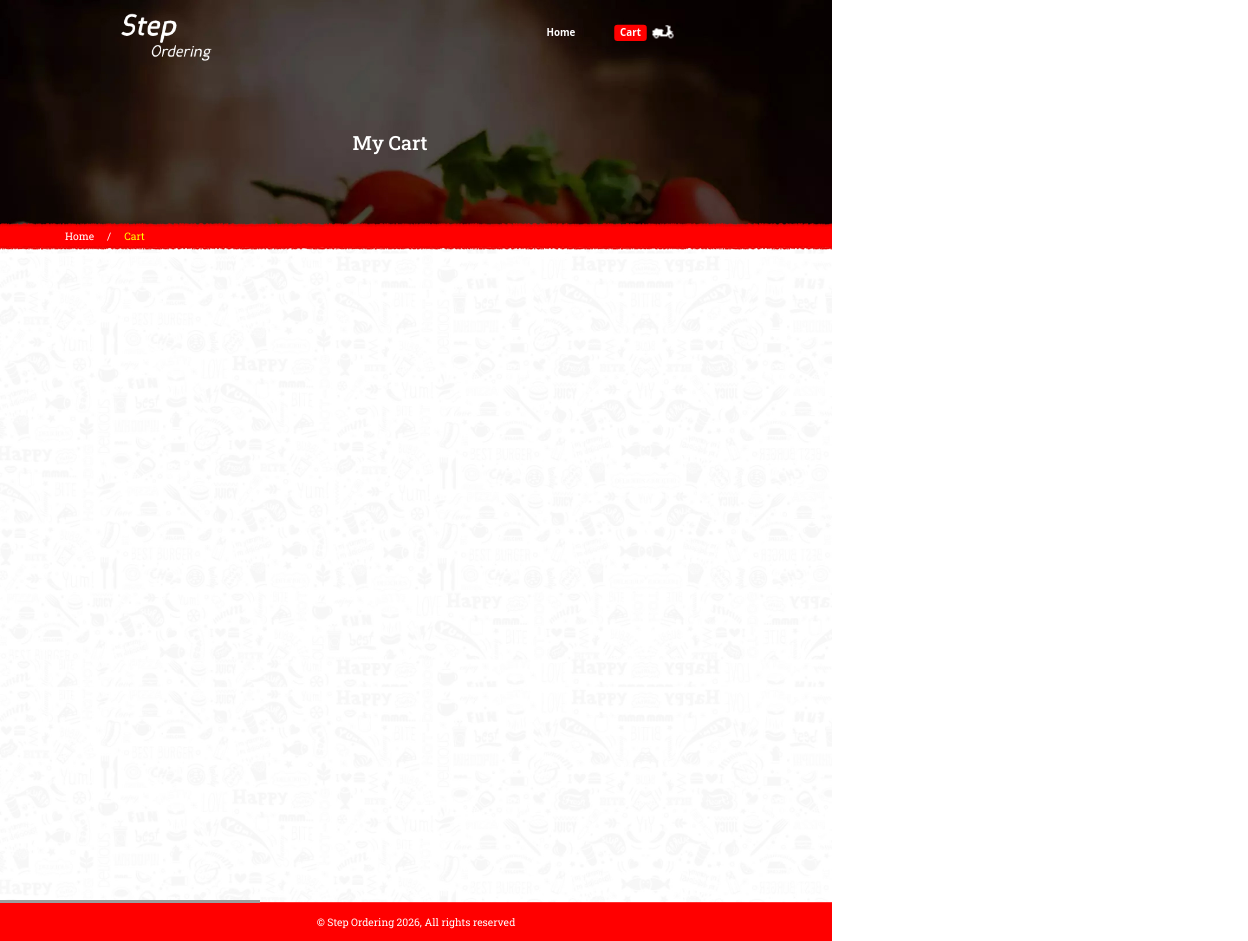
Repository: anastasia29-step/OnlineRestaurant
Page: cart/cart.html
An editor plug-in stored every save of this project. The page is shown before and after the next save, followed by the edit.
The browser window is 1280 px wide. The page is 1280 px wide, then 1920 px, then 1280 px, so the pictures cover 1920 px, including what lies to the right of the window. The pictures show the whole page, at 65% of full size.
Pictures or frames that could not be fetched are drawn as grey boxes. Some web libraries are served in a nearby version.

Above is the page before, as saved 2026-03-12 00:09:28.

After the next save:
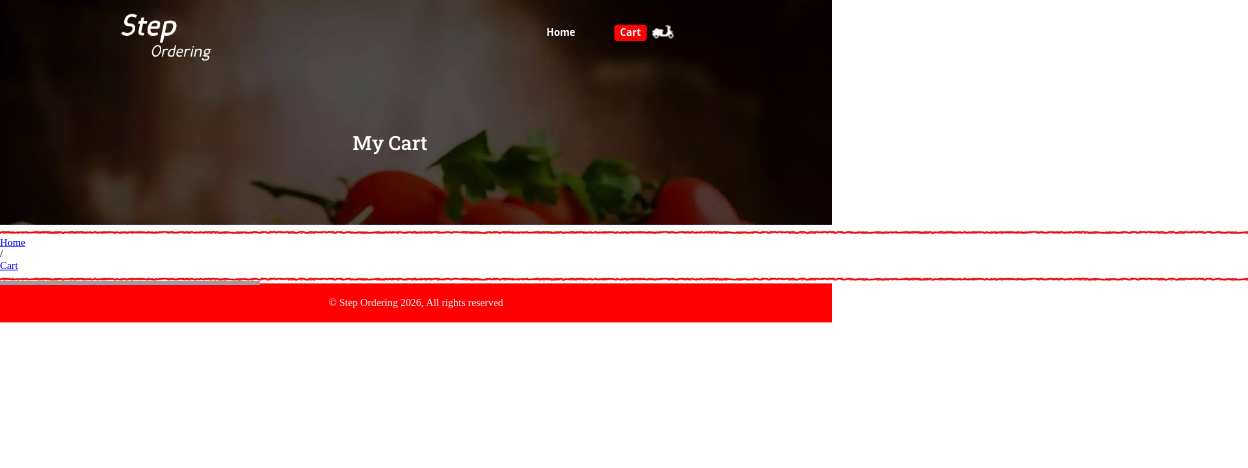
Saved 2 min 4 s later.
--- a/cart/cart.html
+++ b/cart/cart.html
@@ -4,8 +4,8 @@
     <meta charset="UTF-8">
     <meta name="viewport" content="width=device-width, initial-scale=1.0">
     <title>Document</title>
-    <link rel="stylesheet" href="./style.css">
-    <link rel="stylesheet" href="./cart.css">
+    <link rel="stylesheet" href="../style.css">
+    <link rel="stylesheet" href="./cart.html">
     <link rel="preconnect" href="https://fonts.googleapis.com">
     <link rel="preconnect" href="https://fonts.gstatic.com" crossorigin>
     <link href="https://fonts.googleapis.com/css2?family=Roboto+Slab:wght@100..900&display=swap" rel="stylesheet">

After the save that followed:
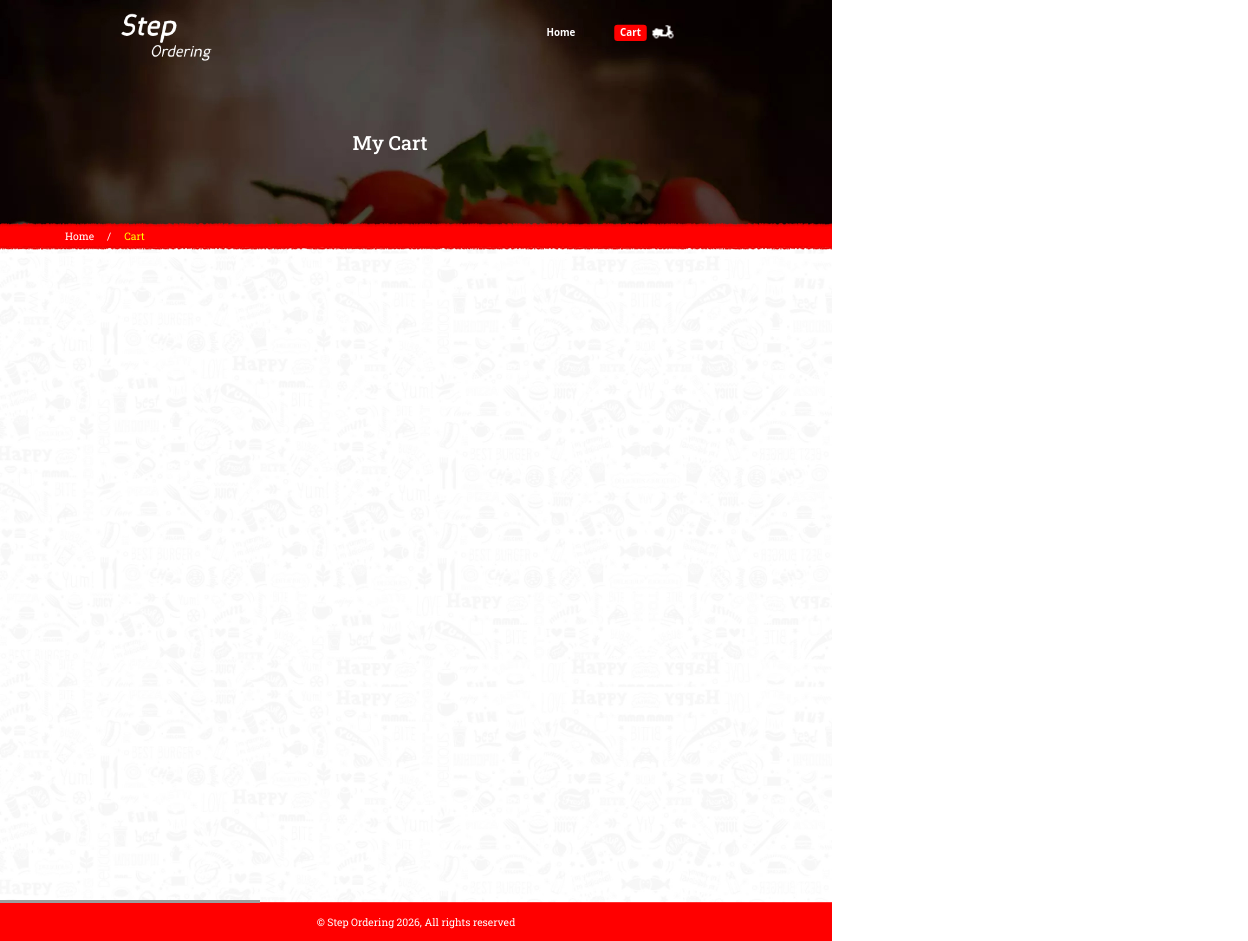
Saved 63 s later.
--- a/cart/cart.html
+++ b/cart/cart.html
@@ -5,7 +5,7 @@
     <meta name="viewport" content="width=device-width, initial-scale=1.0">
     <title>Document</title>
     <link rel="stylesheet" href="../style.css">
-    <link rel="stylesheet" href="./cart.html">
+    <link rel="stylesheet" href="./cart.css">
     <link rel="preconnect" href="https://fonts.googleapis.com">
     <link rel="preconnect" href="https://fonts.gstatic.com" crossorigin>
     <link href="https://fonts.googleapis.com/css2?family=Roboto+Slab:wght@100..900&display=swap" rel="stylesheet">
